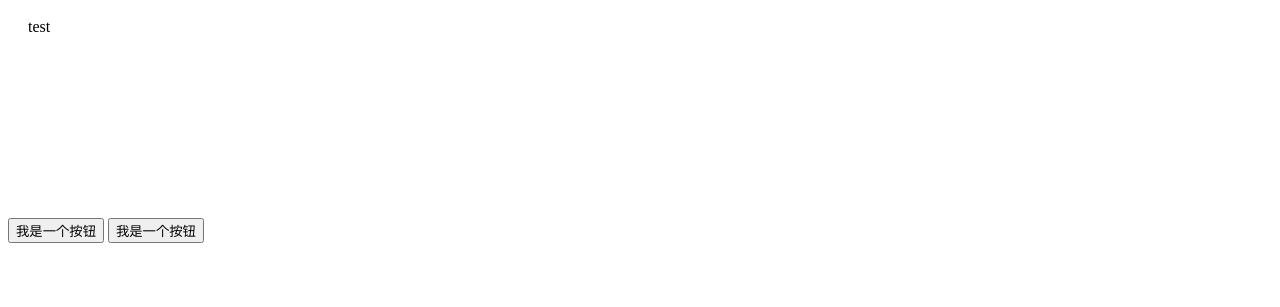
Repository: ls02/VSCode
Page: Java/2022/7-17-1/Test1.html
The author's editor kept a copy of each file at every save. The page is drawn from the files as they stood at one save, then again after the next save.
The browser window is 1280 px wide. The pictures show the whole page.

Above is the page before, as saved 2022-07-18 22:17:06.

### Java/2022/7-17-1/Test1.html
<!--
 * @Author: ls02 <2877455773@qq.com>
 * @Date: 2022-07-17 15:44:10
 * @LastEditors: ls02 <2877455773@qq.com>
 * @LastEditTime: 2022-07-18 22:16:53
 * @FilePath: \Java\2022\7-17-1\Test1.html
 * @Description:
 *
 * Copyright (c) 2022 by ${ls02 <2877455773@qq.com>}, All Rights Reserved.
-->
<!DOCTYPE html>
<html lang="en">
<head>
    <meta charset="UTF-8">
    <meta http-equiv="X-UA-Compatible" content="IE=edge">
    <meta name="viewport" content="width=device-width, initial-scale=1.0">
    <title>Document</title>
    <style>
        div {
            wdith: 200px;
            height: 200px;

            padding-left: 20px;
            padding-top: 10px;
        }
    </style>
</head>
<body>
    <div>
        test
    </div>
    <input type="button" value="我是一个按钮" onclick="alert('你好')">
    <b></b><input type="button" value="我是一个按钮">

    <!-- <script>
        alert("hello");
    </script> -->
</body>
</html>

After the next save:
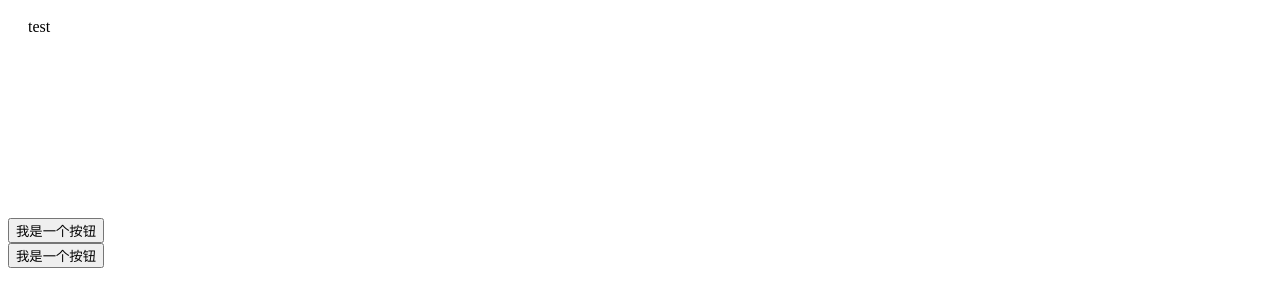
Saved 8 s later.
--- a/Java/2022/7-17-1/Test1.html
+++ b/Java/2022/7-17-1/Test1.html
@@ -30,7 +30,7 @@
         test
     </div>
     <input type="button" value="我是一个按钮" onclick="alert('你好')">
-    <b></b><input type="button" value="我是一个按钮">
+    <br><input type="button" value="我是一个按钮">
 
     <!-- <script>
         alert("hello");
